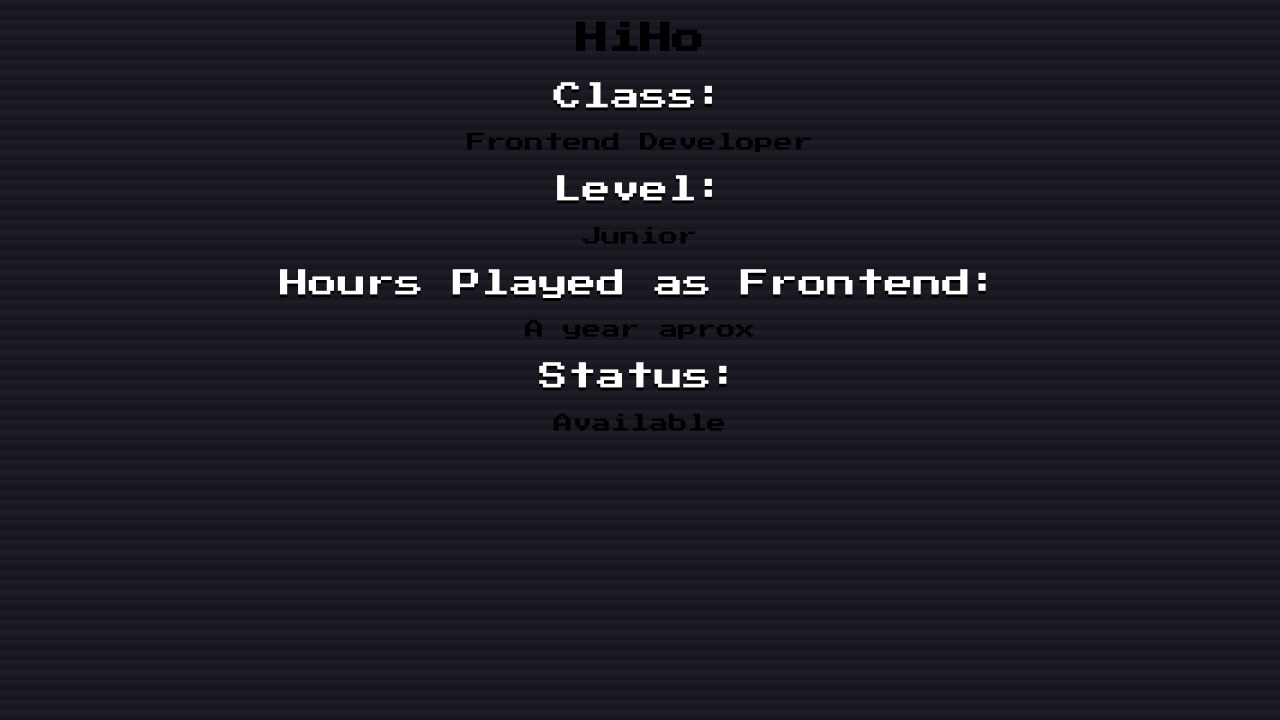
Repository: sernalab/soon
Page: index.html
These files come from the project's save history. The page is drawn as it stood at one moment and after the next save; the edit follows.
The browser window is 1280 px wide. The pictures show the whole page.
Some web fonts or font styles are not loaded; a fallback is used.

Above is the page before, as saved 2018-12-24 01:47:19.

After the next save:
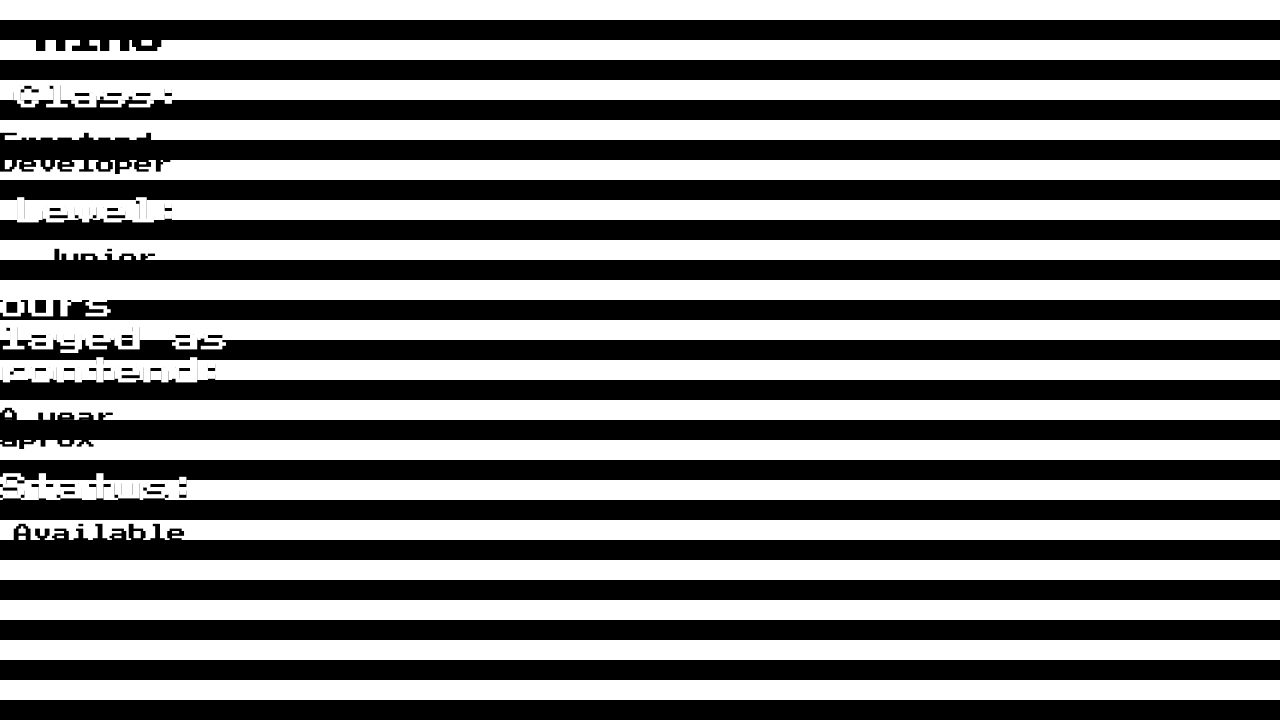
Saved 2 min 23 s later.
--- a/css/styles.css
+++ b/css/styles.css
@@ -422,10 +422,10 @@ template {
 /* custom css */
 
 body {
-    background-image: linear-gradient(#1d1e27, #14151b);
     font-family: 'Press Start 2P';
-    background-repeat: repeat;
-    background-size: 20px 10px;
+    background: repeating-linear-gradient( #fff, #fff 20px, #000 20px, #000 40px);
+    height: 200px;
+    width: 200px;
 }
 
 main {
